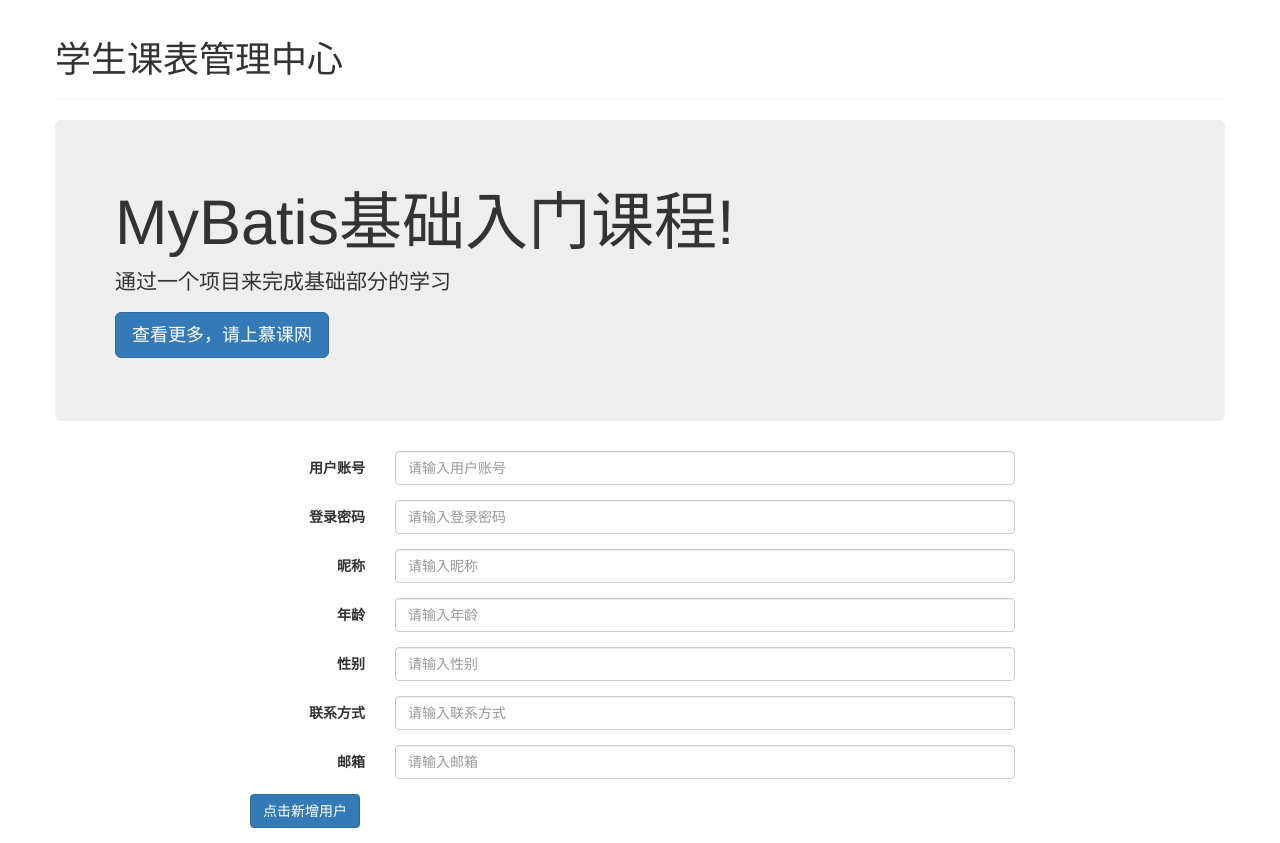
Repository: JetChen07/mybatis
Page: http://localhost/course/addstudent.jsp
An editor plug-in stored every save of this project. The page is shown before and after the next save, followed by the edit.
The browser window is 1280 px wide. The pictures show the whole page.
The page is served by Tomcat 9. Nobody is signed in. The application's start-up code is not run. Other server files are loaded and not shown.

Above is the page before, as saved 2018-05-22 01:12:04.

### course/src/main/webapp/addstudent.jsp
<%@ page contentType="text/html;charset=UTF-8" language="java" import="com.jack.entity.Student,java.util.*" isELIgnored="false"%>
<%@ taglib prefix="c" uri="http://java.sun.com/jsp/jstl/core"%>
<%@ taglib prefix="fmt" uri="http://java.sun.com/jsp/jstl/fmt" %>
<!DOCTYPE html PUBLIC "-//W3C//DTD HTML 4.01 Transitional//EN" "http://www.w3.org/TR/html4/loose.dtd">
<html>
<head>
    <title>学生课表管理中心</title>
    <link rel="stylesheet" href="lib/bootstrap-3.3.7-dist/css/bootstrap.min.css">
    <script src="lib/2.2.4/jquery-1.12.4.min.js"></script>
    <script src="lib/bootstrap-3.3.7-dist/js/bootstrap.min.js"></script>
</head>
<body>
<div class="container">
    <div class="row">
        <div class="page-header">
            <h1>学生课表管理中心</h1>
        </div>
    </div>
    <div class="row">
        <div class="jumbotron">
            <h1>MyBatis基础入门课程!</h1>
            <p>通过一个项目来完成基础部分的学习</p>
            <p><a class="btn btn-primary btn-lg" href="#" role="button">查看更多，请上慕课网</a></p>
        </div>
    </div>
    <div class="row">
        <div class="col-md-8 col-md-offset-2">
            <form class="form-horizontal" action="${pageContext.request.contextPath}/addusers">
                <div class="form-group">
                    <label for="username" class="col-sm-2 control-label">用户账号</label>
                    <div class="col-sm-10">
                        <input type="text" class="form-control" id="username" name="username" placeholder="请输入用户账号">
                    </div>
                </div>
                <div class="form-group">
                    <label for="userpass" class="col-sm-2 control-label">登录密码</label>
                    <div class="col-sm-10">
                        <input type="text" class="form-control" id="userpass" name="userpass" placeholder="请输入登录密码">
                    </div>
                </div>
                <div class="form-group">
                    <label for="nickname" class="col-sm-2 control-label">昵称</label>
                    <div class="col-sm-10">
                        <input type="text" class="form-control" id="nickname" name="nickname" placeholder="请输入昵称">
                    </div>
                </div>
                <div class="form-group">
                    <label for="age" class="col-sm-2 control-label">年龄</label>
                    <div class="col-sm-10">
                        <input type="text" class="form-control" id="age" name="age"  placeholder="请输入年龄">
                    </div>
                </div>
                <div class="form-group">
                    <label for="gender" class="col-sm-2 control-label">性别</label>
                    <div class="col-sm-10">
                        <input type="text" class="form-control" id="gender" name="gender"  placeholder="请输入性别">
                    </div>
                </div>
                <div class="form-group">
                    <label for="phone" class="col-sm-2 control-label">联系方式</label>
                    <div class="col-sm-10">
                        <input type="text" class="form-control" id="phone" name="phone"  placeholder="请输入联系方式">
                    </div>
                </div>
                <div class="form-group">
                    <label for="email" class="col-sm-2 control-label">邮箱</label>
                    <div class="col-sm-10">
                        <input type="text" class="form-control" id="email" name="email" placeholder="请输入邮箱">
                    </div>
                </div>
                <div class="form-group">
                    <input type="submit" value="点击新增用户" class="btn btn-primary">
                </div>
            </form>
        </div>
    </div>
</div>

</body>
</html>

Loaded but not shown: course/src/main/webapp/lib/bootstrap-3.3.7-dist/css/bootstrap.min.css (library); course/src/main/webapp/lib/2.2.4/jquery-1.12.4.min.js (library); course/src/main/webapp/lib/bootstrap-3.3.7-dist/js/bootstrap.min.js (library)

After the next save:
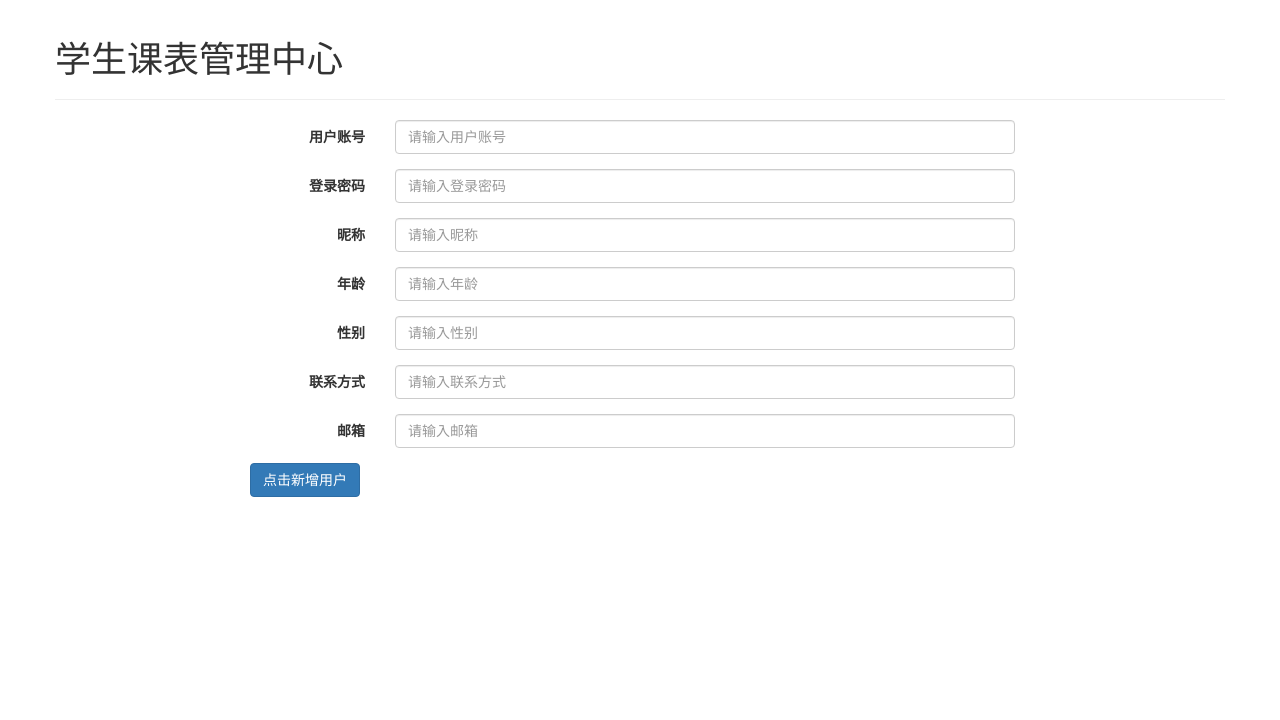
Saved 6 s later.
--- a/course/src/main/webapp/addstudent.jsp
+++ b/course/src/main/webapp/addstudent.jsp
@@ -14,13 +14,6 @@
     <div class="row">
         <div class="page-header">
             <h1>学生课表管理中心</h1>
-        </div>
-    </div>
-    <div class="row">
-        <div class="jumbotron">
-            <h1>MyBatis基础入门课程!</h1>
-            <p>通过一个项目来完成基础部分的学习</p>
-            <p><a class="btn btn-primary btn-lg" href="#" role="button">查看更多，请上慕课网</a></p>
         </div>
     </div>
     <div class="row">
